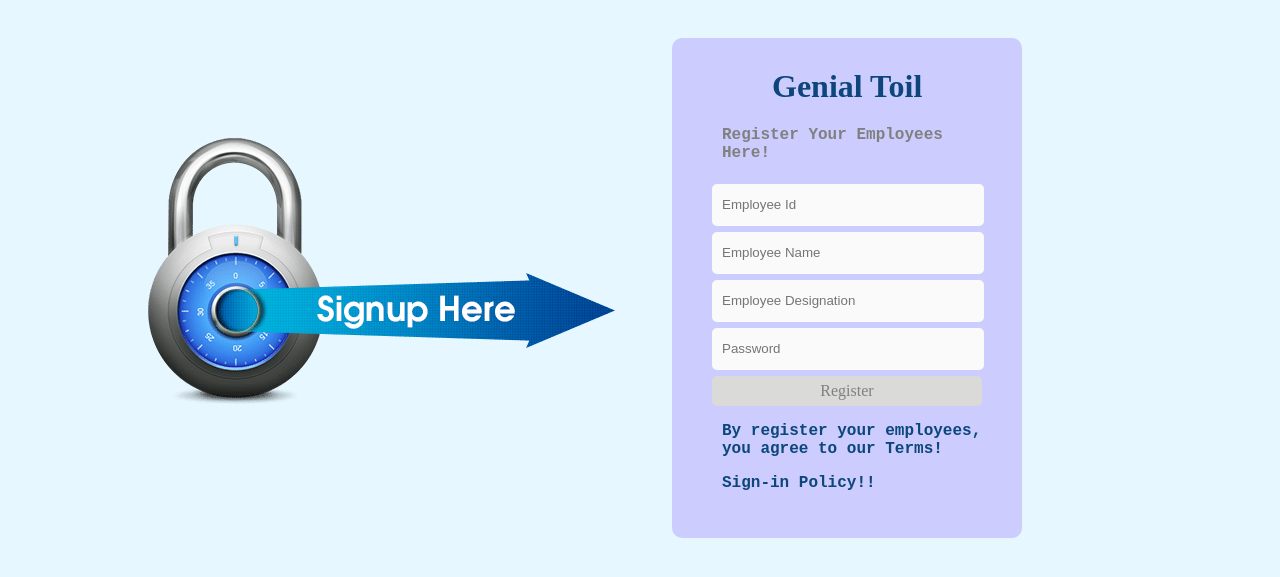
Repository: robin9533/Basic-Programs-App.
Page: GW-Genial Work Proj/GT_GenialToil/WebContent/EmployeeSignup.html
These files come from the project's save history. The page is drawn as it stood at one moment and after the next save; the edit follows.
The browser window is 1280 px wide. The pictures show the whole page.

Above is the page before, as saved 2019-05-10 13:21:57.

After the next save:
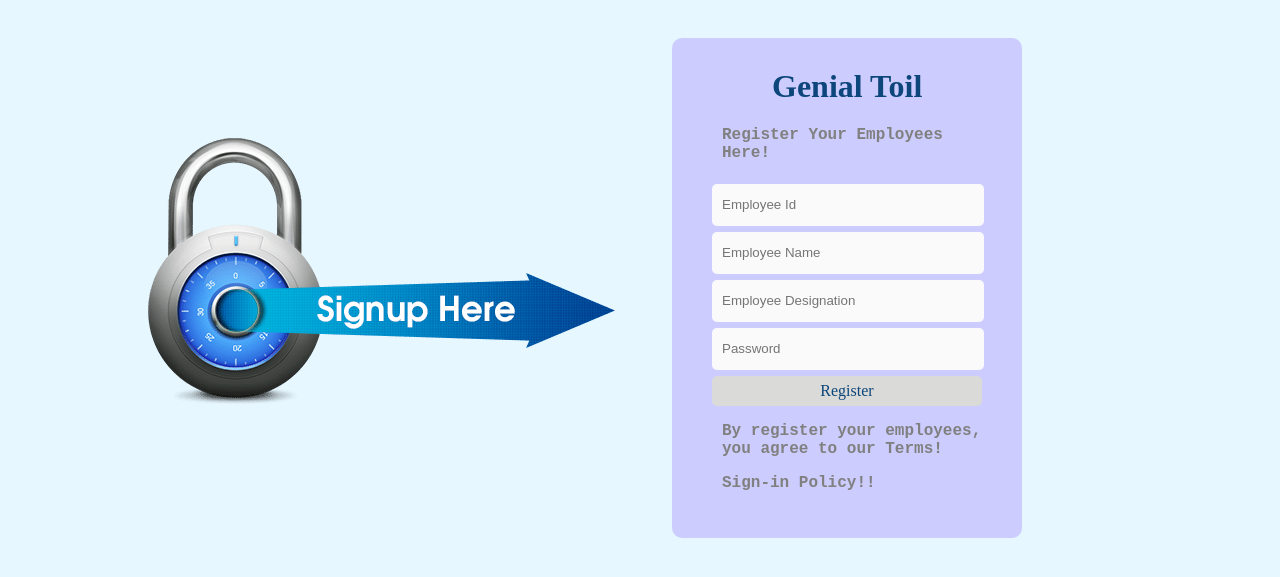
Saved 24 s later.
--- a/GW-Genial Work Proj/GT_GenialToil/WebContent/EmployeeSignup.css
+++ b/GW-Genial Work Proj/GT_GenialToil/WebContent/EmployeeSignup.css
@@ -42,7 +42,7 @@ body{
 	margin-left:40px;
 	text-align: center;
 	cursor: pointer;
-	color:gray;
+	color:#0D467A;
 	font-family:inherit;
 	font-size:16px;
 	background: #DADAD8;
@@ -71,7 +71,7 @@ body{
 	margin:16px 0px 0px 0px;
 	font-family:monospace;
 	font-size:16px;
-	color: #0D467A;
+	color: grey;
 	cursor: default;
 	border: 0px solid black;
 	}
